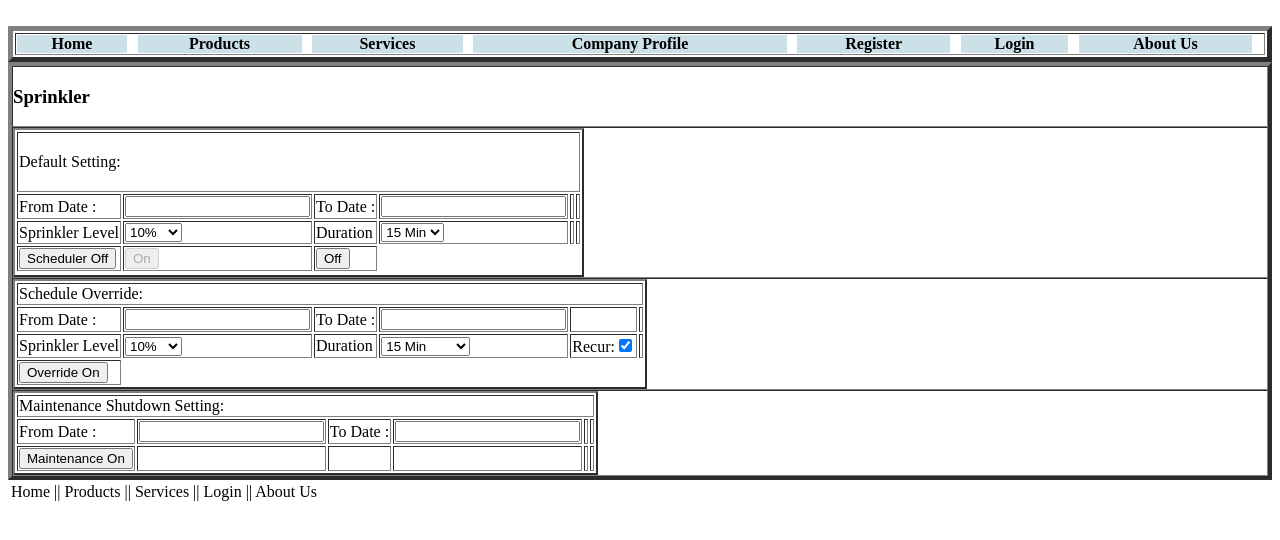
Repository: hassan-stash/shas
Page: http://localhost/SHAS/SprinklerGUI.jsp
These files come from the project's save history. The page is drawn as it stood at one moment and after the next save; the edit follows.
The browser window is 1280 px wide. The pictures show the whole page.
The page is served by Tomcat 9. The template is opened directly, without the code that normally fills it, so the values that code supplies are empty.

Above is the page before, as saved 2013-03-24 18:14:09.

After the next save:
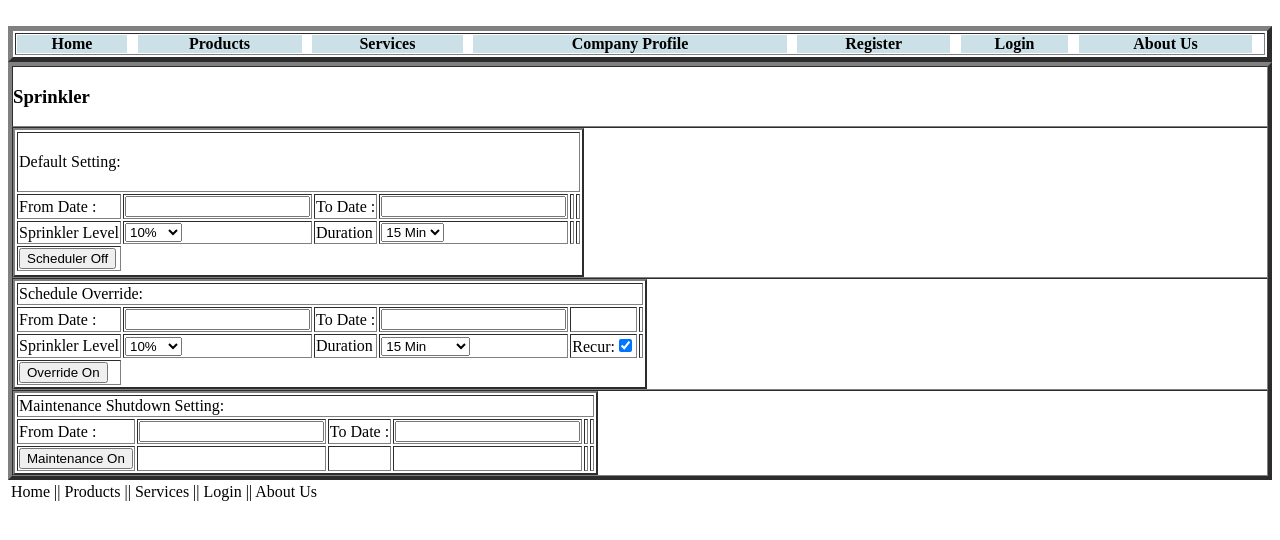
Saved 3 min 9 s later.
--- a/SHAS/WebContent/SprinklerGUI.jsp
+++ b/SHAS/WebContent/SprinklerGUI.jsp
@@ -89,24 +89,17 @@
 	boolean minsixty = false;
 
 	System.out.println("in scriplet");
-
-
-	if (request.getAttribute("btnSchOn") != null && request.getAttribute("btnSchOn")=="On" ) {
-		btnScheduleValue = "Scheduler Off";
-		System.out.println(btnScheduleValue);
-	}
-
-
 	if (request.getAttribute("schedulerstatus") == null) {
 		btnScheduleValue = "Scheduler Off";
+		System.out.println("in if");
 		System.out.println(btnScheduleValue);
 	} else {
 
-		btnScheduleValue = (String) request.getAttribute("schedulerstatus");
+		btnScheduleValue = (String) request
+				.getAttribute("schedulerstatus");
 		System.out.println("in else" + btnScheduleValue);
 		System.out.println(btnScheduleValue);
 	}
-
 
 	String selectedFromdate = (String) request
 			.getAttribute("cfromDate");
@@ -265,9 +258,6 @@
 			<tr>
 				<td><input type="submit" id="btnSchedule" name="btnSchedule"
 					value="<%=btnScheduleValue%>" /></td>
-					<td><input type="submit" id="btnSchOn" name="btnSchOn"
-					value="On" disabled="disabled" /></td><td><input type="submit" id="btnSchOff" name="btnSchOff"
-					value="Off" /></td>
 			<tr>
 		</table>
 		</td>
